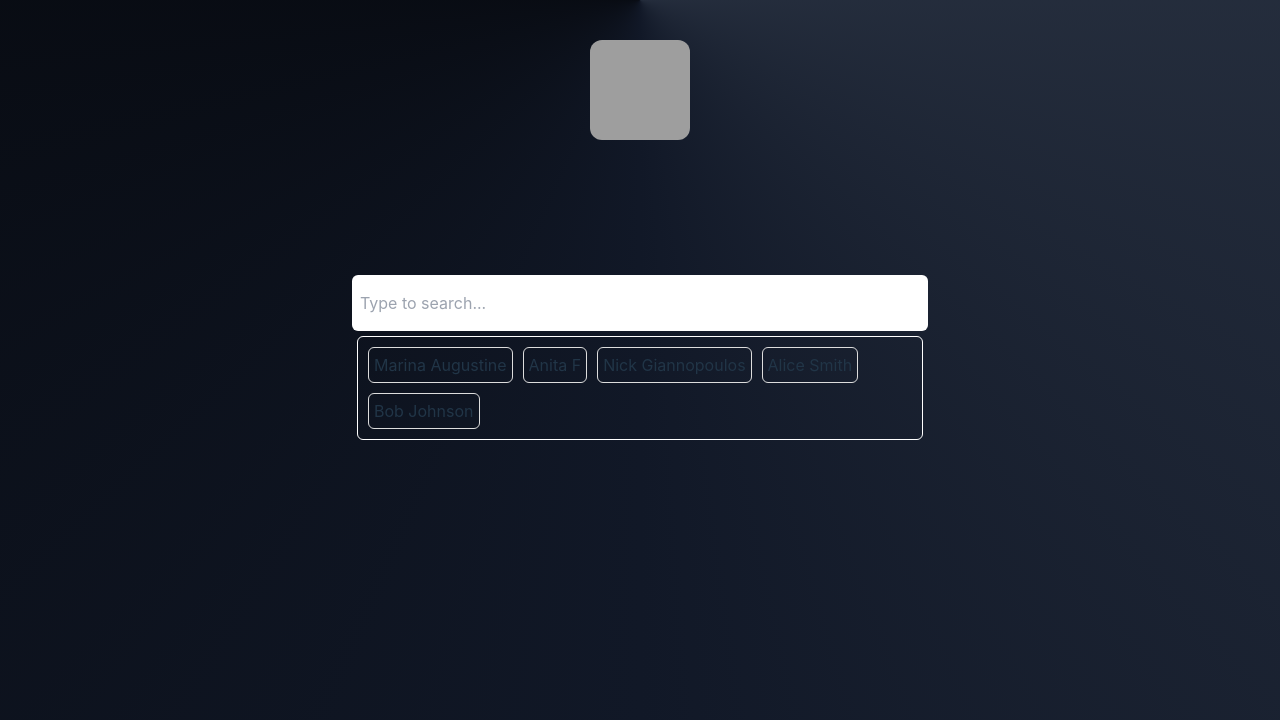
Repository: Ayansaxena24/Chip
Page: /
The author's editor kept a copy of each file at every save. The page is drawn from the files as they stood at one save, then again after a run of saves.
The browser window is 1280 px wide. The pictures show the whole page.
Pictures or frames that could not be fetched are drawn as grey boxes. Some web libraries are served in a nearby version. The project was rebuilt for these pictures with package versions that can differ from the ones it lists, and the page was loaded fresh each time. Also part of the build but not shown: vite.config.ts, src/ChipInput.css.

Above is the page before, as saved 2024-01-16 22:17:15.

### index.html
<!doctype html>
<html lang="en">
  <head>
    <meta charset="UTF-8" />
    <link rel="icon" type="image/svg+xml" href="/vite.svg" />
    <meta name="viewport" content="width=device-width, initial-scale=1.0" />
    <script src="https://cdn.tailwindcss.com"></script>    <title>Vite + React + TS</title>
  </head>
  <body>
    <div id="root"></div>
    <script type="module" src="/src/main.tsx"></script>
  </body>
</html>

### src/App.tsx
import { BrowserRouter as Router, Routes, Route } from 'react-router-dom'
import ChipInput from './ChipInput'

const App = () => {
  return (
    <Router>
      <Routes>
      <Route path="/" element={<ChipInput />} />
      </Routes>
    </Router>
  )
}

export default App

### src/ChipInput.tsx
// ChipInput.tsx

import React, { useState, useRef, useEffect, KeyboardEvent, ChangeEvent } from "react";
import "./ChipInput.css"; // Import your CSS file (e.g., TailwindCss/SCSS)

interface Chip {
  id: number;
  label: string;
}

const ChipInput: React.FC = () => {
  const [inputValue, setInputValue] = useState<string>("");
  const [chips, setChips] = useState<Chip[]>([]);
  const [filteredItems, setFilteredItems] = useState<string[]>([]);
  const inputRef = useRef<HTMLInputElement>(null);

  const items = [
    "Marina Augustine",
    "Anita F",
    "Nick Giannopoulos",
    "Alice Smith",
    "Bob Johnson",
  ];

  useEffect(() => {
    setFilteredItems(
      items.filter((item) => !chips.find((chip) => chip.label === item))
    );
  }, [chips]);

  const handleInputChange = (e: ChangeEvent<HTMLInputElement>) => {
    const value = e.target.value;
    setInputValue(value);

    if (value.trim() === "" && chips.length > 0) {
      highlightLastChip();
    } else {
      setFilteredItems(
        items.filter((item) => item.toLowerCase().includes(value.toLowerCase()))
      );
    }
  };

  const handleChipClick = (item: string) => {
    setChips((prevChips) => [...prevChips, { id: Date.now(), label: item }]);
    setInputValue(""); // Clear the input value after selecting a chip
    inputRef.current?.focus(); // Focus on the input field
  };

  const handleChipRemove = (id: number) => {
    setChips((prevChips) => prevChips.filter((chip) => chip.id !== id));
  };

  const handleInputKeyDown = (e: KeyboardEvent<HTMLInputElement>) => {
    if (e.key === "Backspace" && inputValue === "" && chips.length > 0) {
      e.preventDefault();
      const lastChip = chips[chips.length - 1];
      handleChipRemove(lastChip.id);
    }
  };

  const highlightLastChip = () => {
    const lastChip = document.querySelector(".chip:last-child");
    if (lastChip) {
      lastChip.classList.add("highlighted");
    }
  };

  return (
    <div className="w-screen flex justify-center items-center h-screen bg-[conic-gradient(at_top,_var(--tw-gradient-stops))] from-gray-700 via-gray-900 to-black">
      <div className="absolute top-10">
        <img
          src="https://play-lh.googleusercontent.com/tjzK0-TCkXB1zxkmiRr5WNGJxQy87s1RdBx10nqLbdxRIH7bPWxTkH_YiUMbYPFRfmj7=w240-h480-rw"
          alt="Zepto"
          className="w-[100px] h-[100px] rounded-xl "
        />
      </div>
      <div className="flex flex-col w-[80vh]">
        <div className="flex flex-wrap">
          {chips.map((chip) => (
            <div
              key={chip.id}
              className="bg-[#037bfc] text-white rounded-md m-[5px] pr-[30px] pl-[10px] py-[12px] cursor-pointer flex items-center relative"
              onClick={() => handleChipRemove(chip.id)}
            >
              {chip.label}
              <span className="hover:border-white hover:bg-red-600 duration-300 ease-in-out hover:border-2 hover:rounded-md px-1 mx-2 absolute right-0">
                X
              </span>
            </div>
          ))}
          <input
            ref={inputRef}
            type="text"
            value={inputValue}
            onChange={handleInputChange}
            onKeyDown={handleInputKeyDown}
            placeholder="Type to search..."
            className="rounded-md w-full pl-2 py-4"
          />
        </div>
        <ul
          className={`${
            chips.length !== 5
              ? "cursor-pointer p-[5px] m-[5px] border-white rounded-md border-[1px] border-solid flex flex-wrap"
              : ""
          }`}
        >
          {filteredItems.map((item) => (
            <li
              className="cursor-pointer p-[5px] m-[5px] border-[1px] border-[#ddd] rounded-md hover:text-black hover:bg-white duration-300 ease-in-out hover:scale-105"
              key={item}
              onClick={() => handleChipClick(item)}
            >
              {item}
            </li>
          ))}
        </ul>
      </div>
    </div>
  );
};

export default ChipInput;

Loaded but not shown: src/main.tsx (common file); src/index.css (common file)

After the next 2 saves:
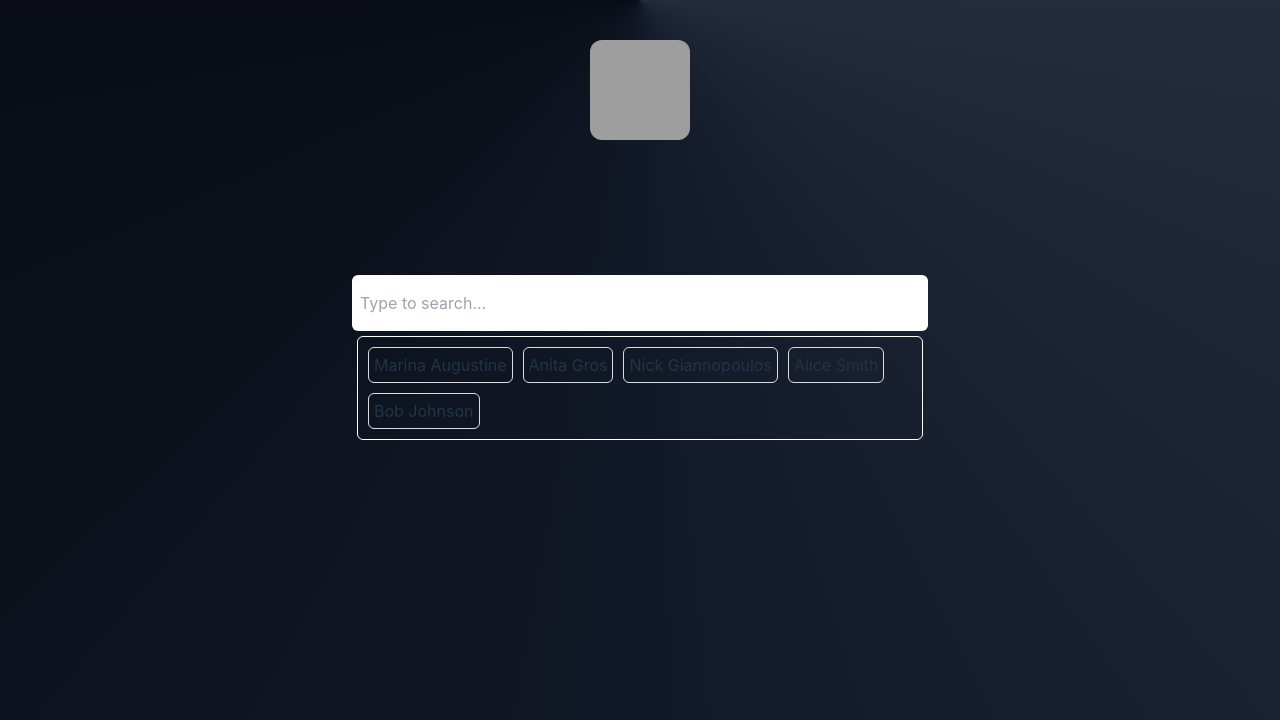
The 2 saves are shown as one change because they came seconds apart.
The last was saved 7 s later.
--- a/src/ChipInput.tsx
+++ b/src/ChipInput.tsx
@@ -16,7 +16,7 @@ const ChipInput: React.FC = () => {
 
   const items = [
     "Marina Augustine",
-    "Anita F",
+    "Anita Gros",
     "Nick Giannopoulos",
     "Alice Smith",
     "Bob Johnson",
